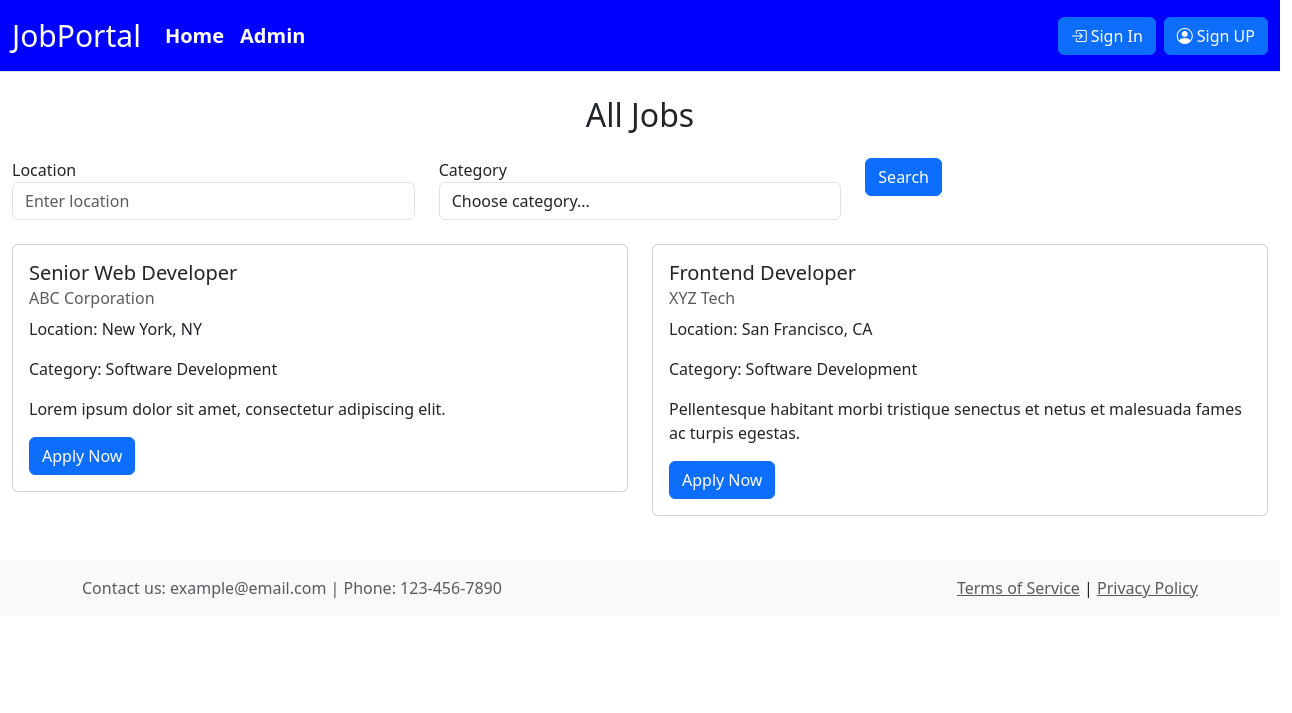
Repository: smruti12344/Job_Portal
Page: http://localhost/Job_portal/home.jsp
These files come from the project's save history. The page is drawn as it stood at one moment and after the next save; the edit follows.
The browser window is 1280 px wide. The page is 1280 px wide, then 1292 px, then 1280 px, so the pictures cover 1292 px, including what lies to the right of the window. The pictures show the whole page.
Some web libraries are served in a nearby version. The page is served by Tomcat 9.

Above is the page before, as saved 2024-04-17 06:07:27.

After the next save:
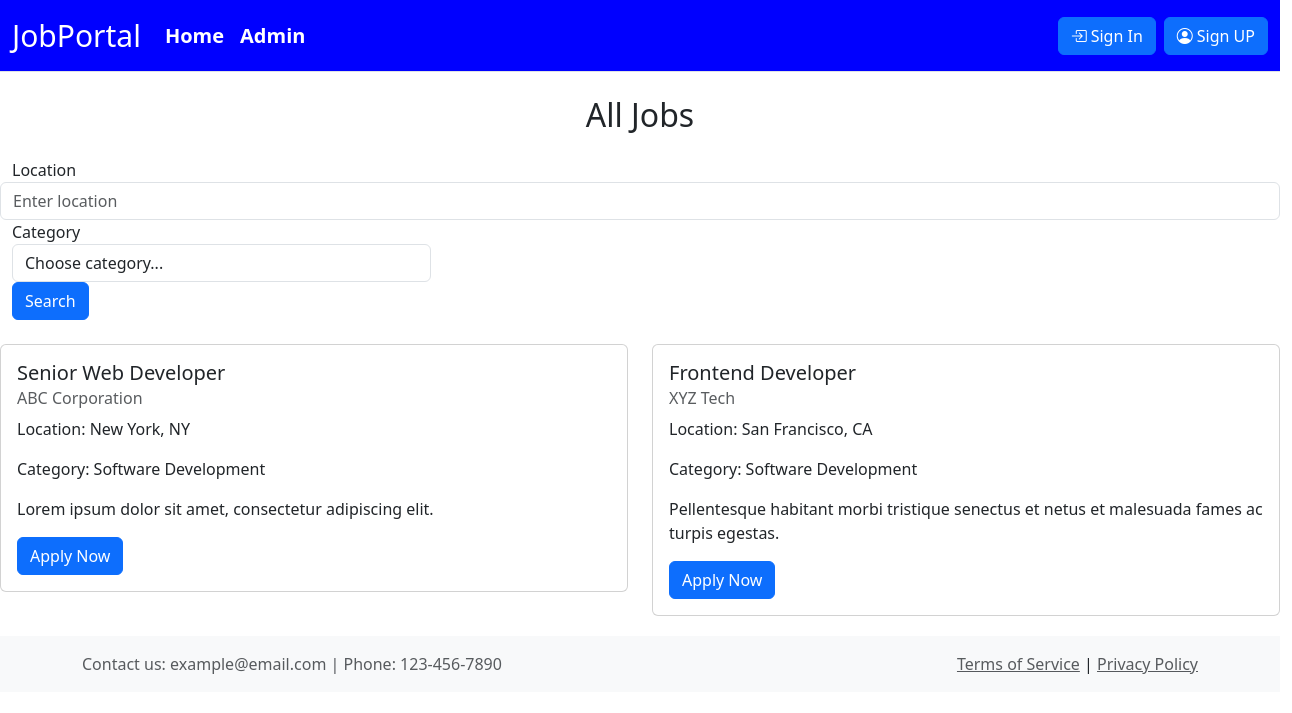
Saved 25 s later.
--- a/Job_portal/src/main/webapp/home.jsp
+++ b/Job_portal/src/main/webapp/home.jsp
@@ -23,7 +23,7 @@
 
         <!-- Search form -->
         <form >
-            <div class="row d-flex justify-content-center">
+            <div class="row >
                 <div class="form-group col-md-4">
                     <label for="inputLocation">Location</label>
                     <input type="text" class="form-control" id="inputLocation" placeholder="Enter location">

After the save that followed:
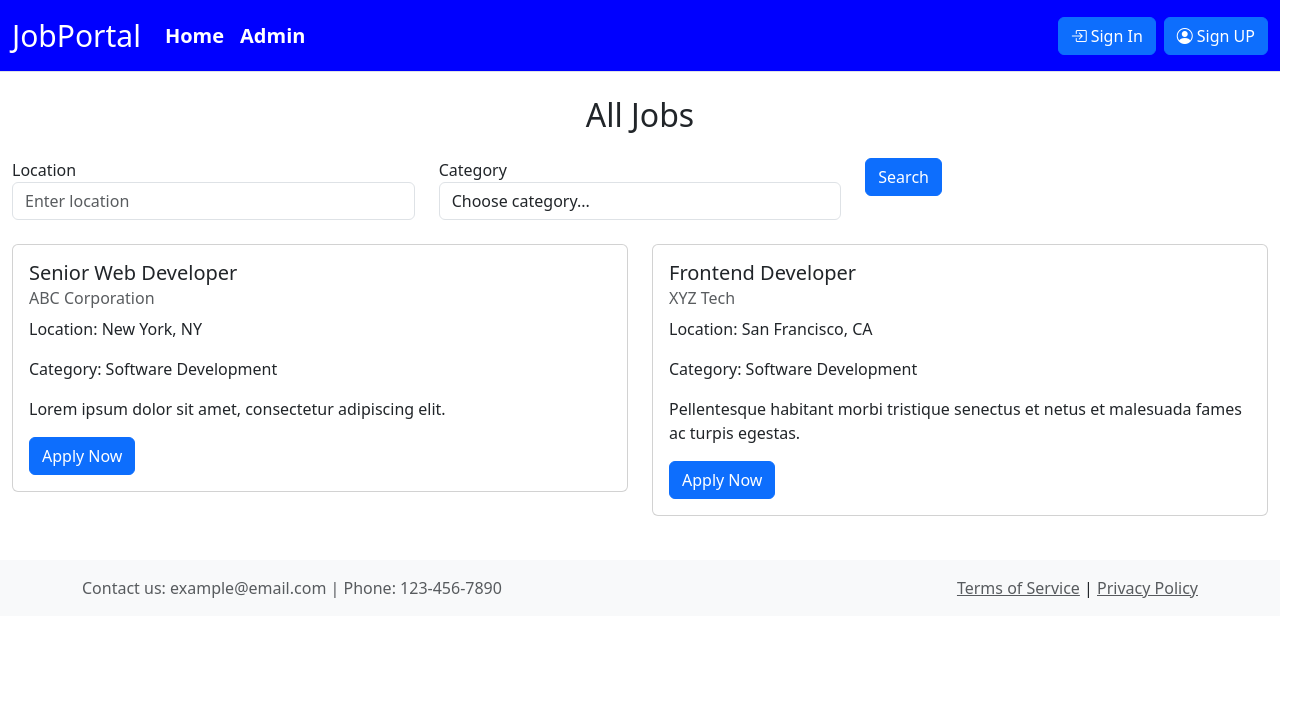
Saved 9 s later.
--- a/Job_portal/src/main/webapp/home.jsp
+++ b/Job_portal/src/main/webapp/home.jsp
@@ -23,7 +23,7 @@
 
         <!-- Search form -->
         <form >
-            <div class="row >
+            <div class="row ">
                 <div class="form-group col-md-4">
                     <label for="inputLocation">Location</label>
                     <input type="text" class="form-control" id="inputLocation" placeholder="Enter location">
